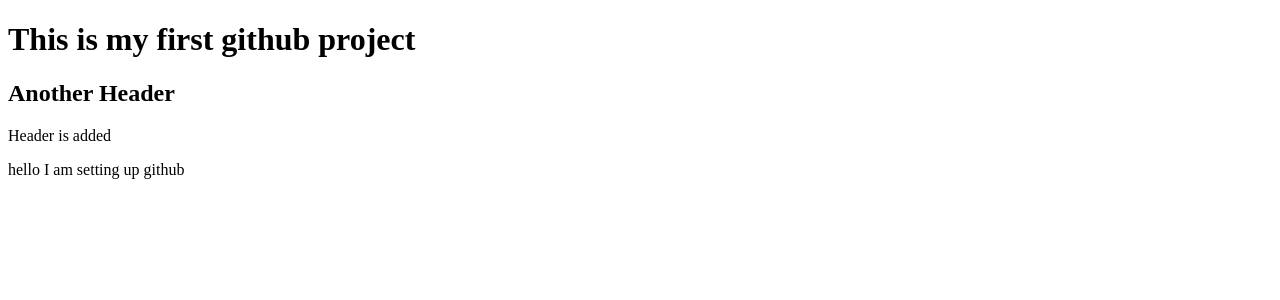
Repository: omarhasnain/First-Website
Page: index.html
These files come from the project's save history. The page is drawn as it stood at one moment and after the next save; the edit follows.
The browser window is 1280 px wide. The pictures show the whole page.

Above is the page before, as saved 2021-01-04 19:17:51.

After the next save:
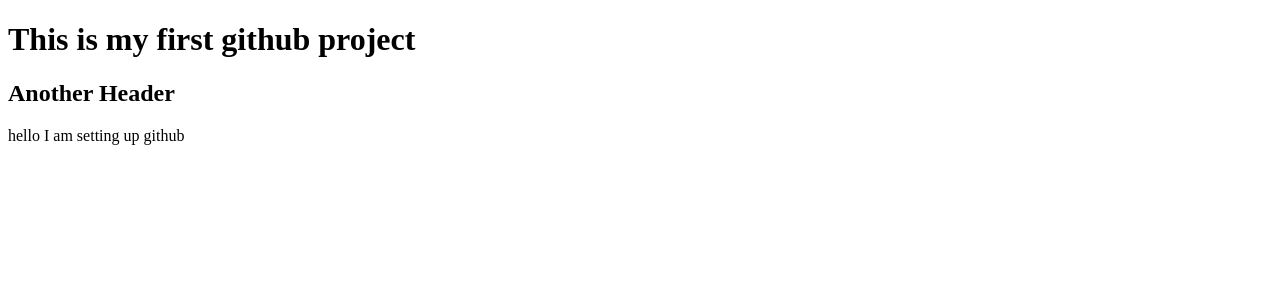
Saved 36 s later.
--- a/index.html
+++ b/index.html
@@ -8,7 +8,6 @@
 <body>
     <h1>This is my first github project</h1>
     <h2> Another Header</h2>
-    <p> Header is added</p>
     <p>hello I am setting up github </p>
 
 </body>

After the save that followed:
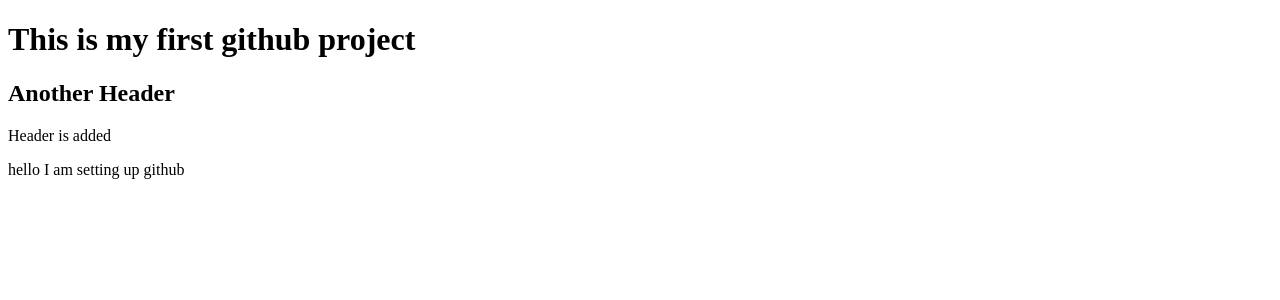
Saved 3 min 23 s later.
--- a/index.html
+++ b/index.html
@@ -8,6 +8,7 @@
 <body>
     <h1>This is my first github project</h1>
     <h2> Another Header</h2>
+    <p> Header is added</p>
     <p>hello I am setting up github </p>
 
 </body>
